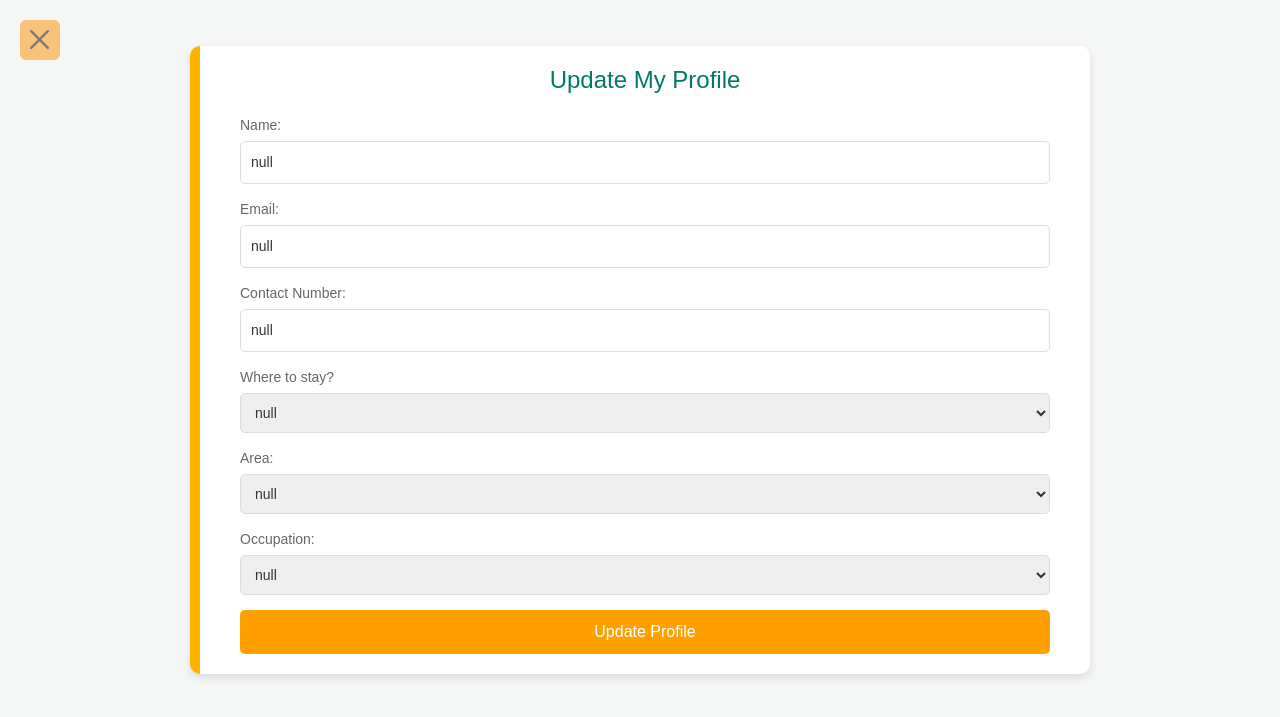
Repository: Sanjana-Inapakolla/Find-your-Roomie-website
Page: http://localhost/MiniProject/update.jsp
The author's editor kept a copy of each file at every save. The page is drawn from the files as they stood at one save, then again after the next save.
The browser window is 1280 px wide. The pictures show the whole page.
The page is served by Tomcat 10. The template is opened directly, without the code that normally fills it, so the values that code supplies are empty.

Above is the page before, as saved 2024-11-13 11:13:04.

After the next save:
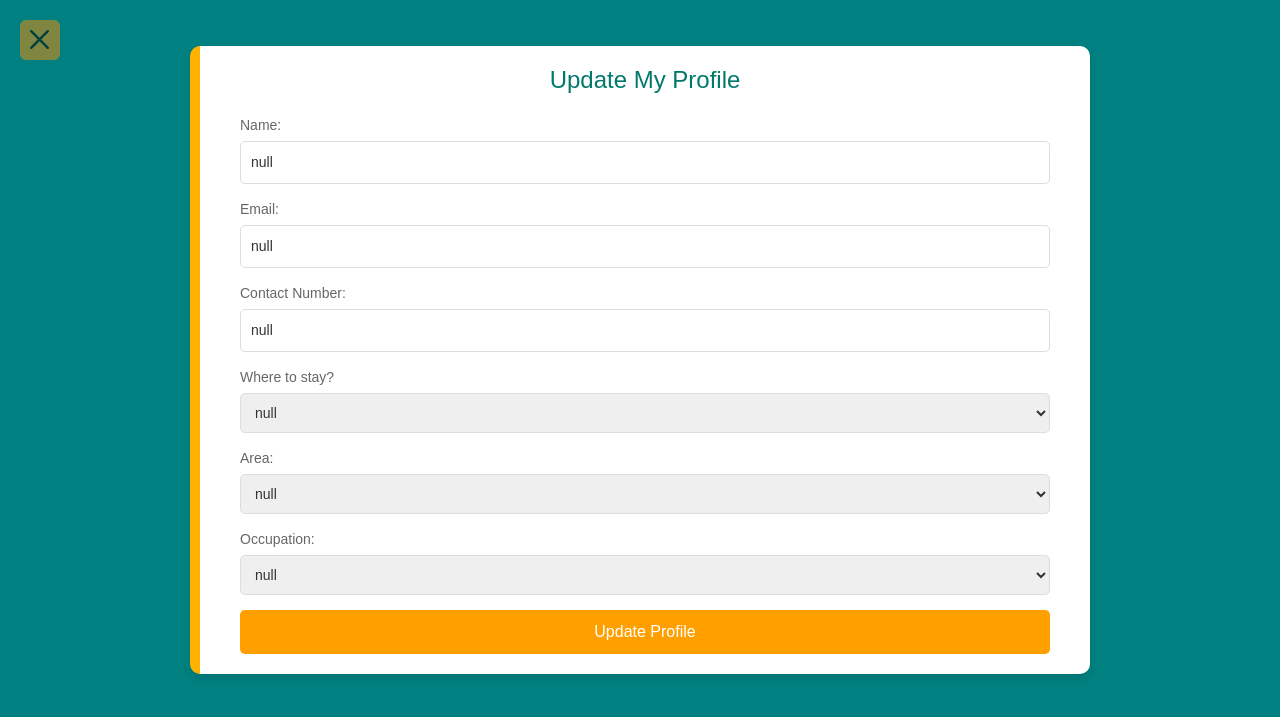
Saved 27 s later.
--- a/mini-project(jfst)/MiniProject/src/main/webapp/update.jsp
+++ b/mini-project(jfst)/MiniProject/src/main/webapp/update.jsp
@@ -14,7 +14,7 @@
     }
     body {
         font-family: Arial, sans-serif;
-        background-color: #f4f7f6;
+        background-color: #008080;
         display: flex;
         justify-content: center;
         align-items: center;
